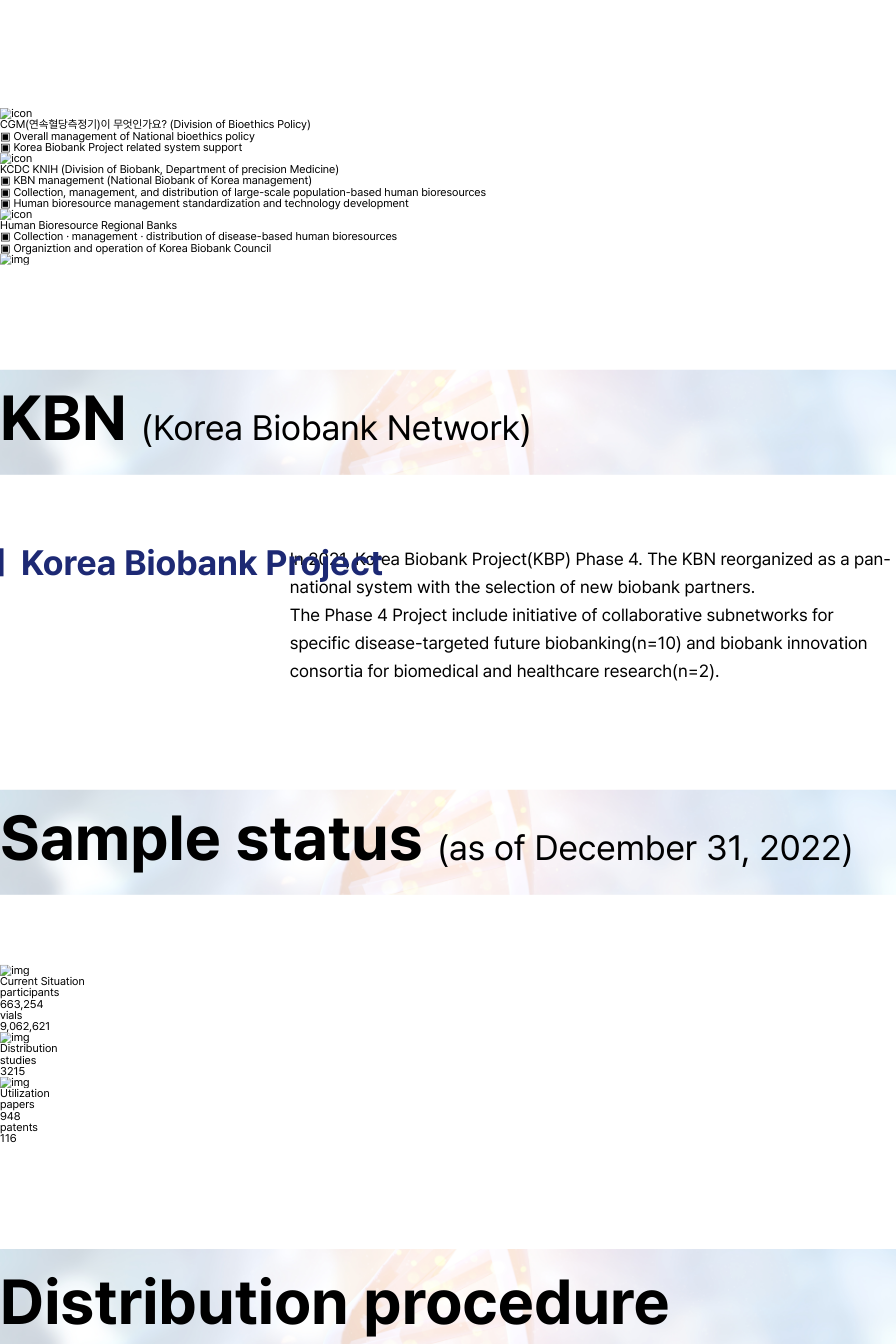
Repository: dlgywls1130/kbn_makedit
Page: index.html
The author's editor kept a copy of each file at every save. The page is drawn from the files as they stood at one save, then again after the next save.
The browser window is 1280 px wide. The pictures show the part of the page from y = 1826 to 3746 px (the page is 4791 px tall before and 4775 px after), at 70% of full size.
Some web libraries are served in a nearby version.

Above is the page before, as saved 2023-10-15 15:48:45.

### index.html
<!DOCTYPE html>
<html lang="en">
<head>
    <meta charset="UTF-8">
    <meta name="viewport" content="width=device-width, initial-scale=1.0">
    <title>KBN</title>

    <link rel="stylesheet" href="./css/reset.css">
    <link rel="stylesheet" href="./css/style.css">

    <!-- slick css -->
    <link rel="stylesheet"  type="text/css" href="./css/slick.css">

</head>
<body>

    <!-- header -->
    <header>
        <div class="header_wrapper">
            <div class="header_logo">
                <img src="./image/logo.png" alt="logo">
            </div>
            <ul class="nav_list">
                <li><a href="#about"> About us</a></li>
                <li><a href="#kbn">KBN</a></li>
                <li><a href="#sample">Sample status</a></li>
                <li><a href="#distribution">Distribution procedure</a></li>
                <li><a href="#biobanks">KBN Biobanks</a></li>
            </ul>
            <div class="header_en">
                <div class="en_icon">
                    <img src="./image/language.png" alt="icon">
                </div>
                <p>EN</p>
            </div>
        </div>

    </header>


    <!-- main banner -->
    <section>
        <div class="main_banner">
            <div class="slide_wrap">
                <div class="slide_list first-slide">
                    <div class="slide_content">
                        <h2 class="slide_title">
                            The Biggest Disease-based
                            <Br>Human Biobank Network of Korea
                        </h2>
                        <p class="slide_sub">
                            KBN, the largest biobank network in korea, collects, manages, and holds disease-based
                            <Br>human bioresources, i.e. various samples of more than 600,000 individuals.
                        </p>
                    </div>
                </div>
                <div class="slide_list second-slide">
                    <div class="slide_content">
                        <h2 class="slide_title">
                            KBN Distribution Support Center
                        </h2>
                        <p class="slide_sub">
                            The Center provides human bioresources, and clinical and epidemiological information
                            <Br> held by KBN biobanks nationwide and actively supports the distribution.

                        </p>
                    </div>
                </div>
                <div class="slide_list three-slide">

                    <div class="slide_content">
                        <h2 class="slide_title">
                            KBN Provides On-line Searching Database
                            <Br>and Operates Distribution Support Center
                        </h2>
                        <p class="slide_sub">
                            Researchers conduct KBN human bioresource search, while the distribution support
                            <Br>center provides services customized to individual users.
                        </p>
                    </div>
                </div>
            </div>
        </div>
    </section>

    <!-- about us -->
    <section id="about">
        <div class="about_wrap">
            <div class="content_width">
                <h2 class="section_title">About us</h2>
            </div>

            <div class="about-us">
                <div class="about_content">
                    <div class="content_list mb-100">
                        <div class="list_main">
                            KBN Portal
                        </div>
                        <div class="list_descript">
                            <p class="mb-50">The Korea Biobank Network’s Human Bioresource Sharing and Access Platform, established in 2019, aims
                            to expand the accessibility of the disease-based bioresources collected through KBN and develop a
                            system to collect high-quality standard clinical information, thereby establishing a distribution support
                            system tailored to researchers.</p>

                            <p>The KBN portal is the largest shared open platform for disease-based resource owned by KBN biobanks
                            involved in KDCA(Korea Disease Control and Prevention Agency) KBP(Korea Biobank Project).
                            It discloses and shares related information including disease-based resource status, systematic search,
                            efficient distribution, and utilization outcomes to researchers in order to improve the efficient utilization of
                            national disease-based resources.</p>
                        </div>
                    </div>
                    <div class="content_list">
                        <div class="list_main">
                            Structure
                        </div>
                        <div class="list_descript">
                            <p>Structure is organized by the Ministry of Health and Welfare(Division of Bioethics Policy), the KDCA Korea
                                National Institute of Health(Division of Biobank, Department of precision Medicine), KBN Biobanks.</p>
                        </div>
                    </div>
                </div>
                <div class="about_acodian">
                    <div class="acodian_list">
                        <div class="accordion-item">
                            <h3 class="title">
                                <div class="acodian_icon">
                                    <img src="" alt="icon">
                                </div>
                                <p>CGM(연속혈당측정기)이 무엇인가요?
                                    <span>(Division of Bioethics Policy)</span>
                                </p>

                            </h3>
                            <div class="paragraph">
                                <p>▣ Overall management of National bioethics policy</p>
                                <p>▣ Korea Biobank Project related system support</p>
                            </div>
                        </div>
                        <div class="accordion-item">
                            <h3 class="title">
                                <div class="acodian_icon">
                                    <img src="" alt="icon">
                                </div>
                                <p>KCDC KNIH
                                    <span>(Division of Biobank, Department of precision Medicine)</span>
                                </p>

                            </h3>
                            <div class="paragraph">
                                <p>▣ KBN management (National Biobank of Korea management)</p>
                                <p>▣ Collection, management, and distribution of large-scale population-based human bioresources </p>
                                <p>▣ Human bioresource management standardization and technology development</p>
                            </div>
                        </div>
                        <div class="accordion-item">
                            <h3 class="title">
                                <div class="acodian_icon">
                                    <img src="" alt="icon">
                                </div>
                                <p>Human Bioresource Regional Banks</p>

                            </h3>
                            <div class="paragraph">
                                <p>▣ Collection · management · distribution of disease-based human bioresources</p>
                                <p>▣ Organiztion and operation of Korea Biobank Council</p>
                            </div>
                        </div>
                    </div>
                    <div class="acodian_circle">
                        <img src="" alt="img">
                    </div>
                </div>
            </div>
        </div>

    </section>

    <!-- kbn -->

    <section id="kbn">
        <div class="kbn_wrap">
            <div class="content_width">
                <h2 class="section_title">KBN <span>(Korea Biobank Network)</span></h2>
            </div>
            <div class="kbn_content">
                <div class="content_list">
                    <div class="list_main">
                        Korea Biobank Project
                    </div>
                    <div class="list_descript">
                        <p>In 2021, Korea Biobank Project(KBP) Phase 4. The KBN reorganized as a pan-national system with the
                            selection of new biobank partners.
                            </p>

                        <p>The Phase 4 Project include initiative of collaborative subnetworks for specific disease-targeted future
                            biobanking(n=10) and biobank innovation consortia for biomedical and healthcare research(n=2).
                            </p>
                    </div>
                </div>
                <div class="kbn_guidance_wrap">

                </div>
            </div>
        </div>

    </section>

    <!-- sample -->

    <section id="sample">
        <div class="sample_wrap">
            <div class="content_width">
                <h2 class="section_title">Sample status <span>(as of December 31, 2022)</span></h2>
            </div>
            <div class="sample_content">
                <div class="sample_list">
                    <div class="sample_list_left">
                        <div class="sample_list_icon">
                            <img src="" alt="img">
                        </div>
                        <div class="sample_list_title">
                            Current Situation
                        </div>
                    </div>
                    <div class="sample_list_right">
                        <div class="right_span">
                            <span>participants</span>
                            <p>663,254</p>
                        </div>
                        <div class="right_span">
                            <span>vials</span>
                            <p>9,062,621</p>
                        </div>
                    </div>
                </div>
                <div class="sample_list">
                    <div class="sample_list_left">
                        <div class="sample_list_icon">
                            <img src="" alt="img">
                        </div>
                        <div class="sample_list_title">
                            Distribution
                        </div>
                    </div>
                    <div class="sample_list_right">
                        <div class="right_span">
                            <span>studies</span>
                            <p>3215</p>
                        </div>
                    </div>
                </div>
                <div class="sample_list">
                    <div class="sample_list_left">
                        <div class="sample_list_icon">
                            <img src="" alt="img">
                        </div>
                        <div class="sample_list_title">
                            Utilization
                        </div>
                    </div>
                    <div class="sample_list_right">
                        <div class="right_span">
                            <span>papers</span>
                            <p>948</p>
                        </div>
                        <div class="right_span">
                            <span>patents</span>
                            <p>116</p>
                        </div>
                    </div>
                </div>
            </div>
        </div>

    </section>

    <!-- Distribution  -->
    <section id="distribution">
        <div class="distribution_wrap">
            <div class="content_width">
                <h2 class="section_title white">Distribution procedure</h2>
            </div>
            <div class="distribution_about">
                <div class="content_list">
                    <div class="list_main">
                        Procedure
                    </div>
                    <div class="list_descript">
                        <p>KBN Human bioresources application procedure for distribution.</p>

                        <p>KBN distributes the collected human bioresources to researchers for domestic healthcare R&D.
                            For access to, researcher(s) residing in Korea and carrying out a research project that has obtained IRB
                            approval(or exemption) can apply for access to human bioresource distribution, and if approved by the
                            Access and Sharing Committee, the bioresources are released.
                        </p>
                    </div>
                </div>
                <div class="text_slide">

                </div>
            </div>
        </div>
    </section>

    <!-- Biobanks  -->
    <section id="biobanks">
        <div class="biobank_wrap">
            <div class="content_width">
                <h2 class="section_title">KBN Biobanks <span>- targeted diseases</span></h2>
            </div>
            <div class="biobank_content">
                <div class="biobank_tab">

                </div>

            </div>
        </div>

    </section>

    <!-- logo slide -->
    <section>
        <div class="logo_loop">

        </div>
    </section>

    <!-- footer -->
    <footer>
        <div class="footer_wrap">
            <div class="footer_left">
                <h3 class="footer_title">
                    CONTACT US
                </h3>

                <div class="footer_contain">
                    <ul>
                        <li class="footer_text">kbnysvc@gmail.com</li>
                        <li class="footer_phone">+82 -31-546-2715</li>
                        <li class="footer_text">Monday-Friday 8:30am ~ 5:30pm</li>
                        <li class="footer_text">(Saturday and Sunday, Holidays : ClOSED)</li>
                    </ul>
                    <ul>
                        <li><img src="" alt="icon"></li>
                        <li><img src="" alt="icon"></li>
                    </ul>
                </div>

                <p>Yongin Severance Hospital 363, Dongbaekjukjeon-daero, Giheung-gu, Yongin-si, Gyeonggi-do 16995, Republic of Korea</p>
            </div>

            <div class="footer_right">
                <div class="right_top">
                    <h3 class="footer_title">
                        SOCIAL LINKS
                    </h3>
                    <div class="footer_sns">
                        <a href="" class="link_sns">
                            <img src="" alt="sns">
                        </a>
                        <a href="" class="link_sns">
                            <img src="" alt="sns">
                        </a>
                        <a href="" class="link_sns">
                            <img src="" alt="sns">
                        </a>

                    </div>
                </div>
                <div class="right_bottom">
                    <h3 class="footer_title">
                        RELATED SITE
                    </h3>
                    <div class="link_site">
                        <a href="" class="site_link">
                            <img src="" alt="link">
                        </a>
                        <a href="" class="site_link">
                            <img src="" alt="link">
                        </a>

                    </div>
                </div>

            </div>
        </div>
        <div class="footer_copy">
            <p>YONSEI UNIVERSITY, YONGIN SEVERANCE HOSPITAL. ALL RIGHTS RESERVED </p>
            <div class="copy_right">
                <p>Personal information processing policy</p>
                <p>Terms and Conditions</p>
            </div>
        </div>
    </footer>


    <script type="text/javascript" src="//code.jquery.com/jquery-1.11.0.min.js"></script>
    <script src="./js/slick.min.js"></script>
    <script src="./js/main.js"></script>
</body>
</html>

### css/style.css
:root{
    --main-text:#1D2974;
    --black-text:#000;
}


/* common */

body{
    font-family: 'pretendard',sans-serif ;
}

/* font */
@font-face {
    font-family: pretendard;
    src: url('/font/Pretendard-Regular.woff2') format('woff2'),
    url('/font/Pretendard-Regular.woff') format('woff'),
    url('/font/Pretendard-Regular.ttf') format('ttf'),
    url('/font/Pretendard-Regular.otf') format('otf');
    font-weight: 400;
}

@font-face {
    font-family: pretendard;
    src: url('/font/Pretendard-Medium.woff2') format('woff2'),
    url('/font/Pretendard-Medium.woff') format('woff'),
    url('/font/Pretendard-Medium.ttf') format('ttf'),
    url('/font/Pretendard-Medium.otf') format('otf');
    font-weight: 500;
}

@font-face {
    font-family: pretendard;
    src: url('/font/Pretendard-Bold.woff2') format('woff2'),
    url('/font/Pretendard-Bold.woff') format('woff'),
    url('/font/Pretendard-Bold.ttf') format('ttf'),
    url('/font/Pretendard-Bold.otf') format('otf');
    font-weight: 700;
}


section{margin-bottom:150px;}

.section_title{
    font-size: 90px;
    font-weight: 700;
    line-height:40px;
    max-width: 1680px;
    width: 100%;
    margin: 0 auto;
}

.section_title span{
    font-weight: 300;
    font-size: 50px;
}

.content_width{
    width: 100%;
    height: 150px;
    background:url('/image/title_back.jpg');
    background-repeat: no-repeat;
    background-size:cover;
    margin-bottom: 100px;
    display: flex;
    align-items: center;
}

.content_list {
    display: flex;
    align-items: flex-start;
    justify-content: space-between;
}

.content_list .list_main{
    position: relative;
    width: 30%;
    font-size: 50px;
    font-weight: 700;
    color: var(--main-text);
    white-space: nowrap;
    padding-left: 30px;
}

.content_list .list_main::before{
    position: absolute;
    content: '';
    left: 0;
    top: 50%;
    transform: translate(0,-50%);
    height: 40px;
    width: 5px;
    background: var(--main-text);
}

.content_list .list_descript{
    width: 70%;
}

.content_list .list_descript p{
    font-size: 25px;
    font-weight: 300;
    line-height: 40px;
}


/* common margin */

.mb-50{margin-bottom: 50px;}
.mb-100{margin-bottom: 100px;}


/* header */

header{
    position: fixed;
    top: 0;
    left: 0;
    background: #fff;
    width: 100%;
    height: 138px;
    padding: 28px 0;
    box-sizing: border-box;
    z-index: 9;
}

.header_wrapper{
    max-width: 1680px;
    width: 100%;
    margin: 0 auto;
    display: flex;
    align-items: center;
    justify-content: space-between;
}

.header_logo{
    width: 250px;
    height: 80px;
}

.header_logo img{
    width: 100%;
    height: 100%;
    object-fit: contain;
}

.header_wrapper .nav_list{
    display: flex;
}

.header_wrapper .nav_list li{
    padding: 0 50px;
}

.header_wrapper .nav_list li a{
    font-size: 25px;
    font-weight: 500;
    line-height: 0.03em;
    text-decoration: none;
    color:var(--black-text);
}

.header_en{display: flex; align-items: center;}

.header_en .en_icon{
    width: 24px;
    height: 24px;
}

.header_en .en_icon img{
    width: 100%;
    height: 100%;
    object-fit: contain;
}

.header_en p{
    margin-left: 8px;
    font-size: 20px;
    font-weight: 700;
}

/* main_banner */

.slide_wrap .slide_list{
    width: 100%;
    height: 100vh;
    position: relative;
}

.slide_wrap .slide_list.first-slide{
    background: url('/image/main_slide1.jpg');
    background-repeat: no-repeat;
    background-position: right center;
    background-size: cover;
}

.slide_wrap .slide_list.second-slide{
    background: url('/image/main_slide2.jpg');
    background-repeat: no-repeat;
    background-position: center center;
    background-size: cover;
}

.slide_wrap .slide_list.three-slide{
    background: url('/image/main_slide3.jpg');
    background-repeat: no-repeat;
    background-position: left center;
    background-size: cover;
}

.slide_content{
width: 100%;
position: absolute;
right: 8%;
top: 40%;
transform: translate(0,-50%);
}

.slide_content .slide_title{
    font-size: 60px;
    font-weight: 700;
    color: #fff;
    letter-spacing: 0.07em;
    text-align: right;
}

.slide_content .slide_sub{
    font-size: 25px;
    font-weight: 400;
    color: #fff;
    letter-spacing: 0.04em;
    text-align: right;
    margin-top: 40px;
}

.slick-dots{
    display: flex!important;
    align-items: center;
    position: absolute;
    top: 65%;
    right: 8%;
    column-gap: 30px;
}

.slick-dots button {
    color: rgba(2255,255,255,0.45);
    background:none;
    border-bottom:5px solid rgba(255,255,255,0.45);
    font-size: 25px;
    font-weight: 700;
    padding-bottom: 15px;
    border-top: none;
    border-left: none;
    border-right: none;
    box-shadow: none;
    outline: none;
}

.slick-dots button:hover,
.slick-dots .slick-active button {
    border-bottom:5px solid rgba(255,255,255,1);
    color: rgba(255,255,255,1);
}

.slick-arrow{
position: absolute;
top: 55%;

}

.slick-next{
    right: 8%;
    transform: rotate(45deg);
}

.slick-prev{
    right: 10%;
    z-index: 1;
    transform: rotate(225deg);
}

.arrow{
    width: 30px; /* 사이즈 */
    height: 30px; /* 사이즈 */
    border-top: 8px solid #fff; /* 선 두께 */
    border-right: 8px solid #fff; /* 선 두께 */
}


/* about us */
.about-us{
    max-width: 1680px;
    margin: 0 auto;
}

.about_content{
    margin-bottom: 150px;
}

### js/main.js
// main banner

$('.slide_wrap').slick({
    slidesToShow: 1,
    arrows: true,
    dots:true,
    autoplay: true,
  autoplaySpeed: 2000,
  infinite: true,
  prevArrow: '<div class="arrow slick-prev"></div>',
    nextArrow: '<div class="arrow slick-next"></div>',
  customPaging: function(slider, i) {
    var titles = ['Biobank', 'Support Center', 'On-line Searching'];
    return '<button>' + titles[i] + '</button>';
}
  });

Loaded but not shown: css/reset.css (common file); css/slick.css (common file); js/slick.min.js (library)

After the next save:
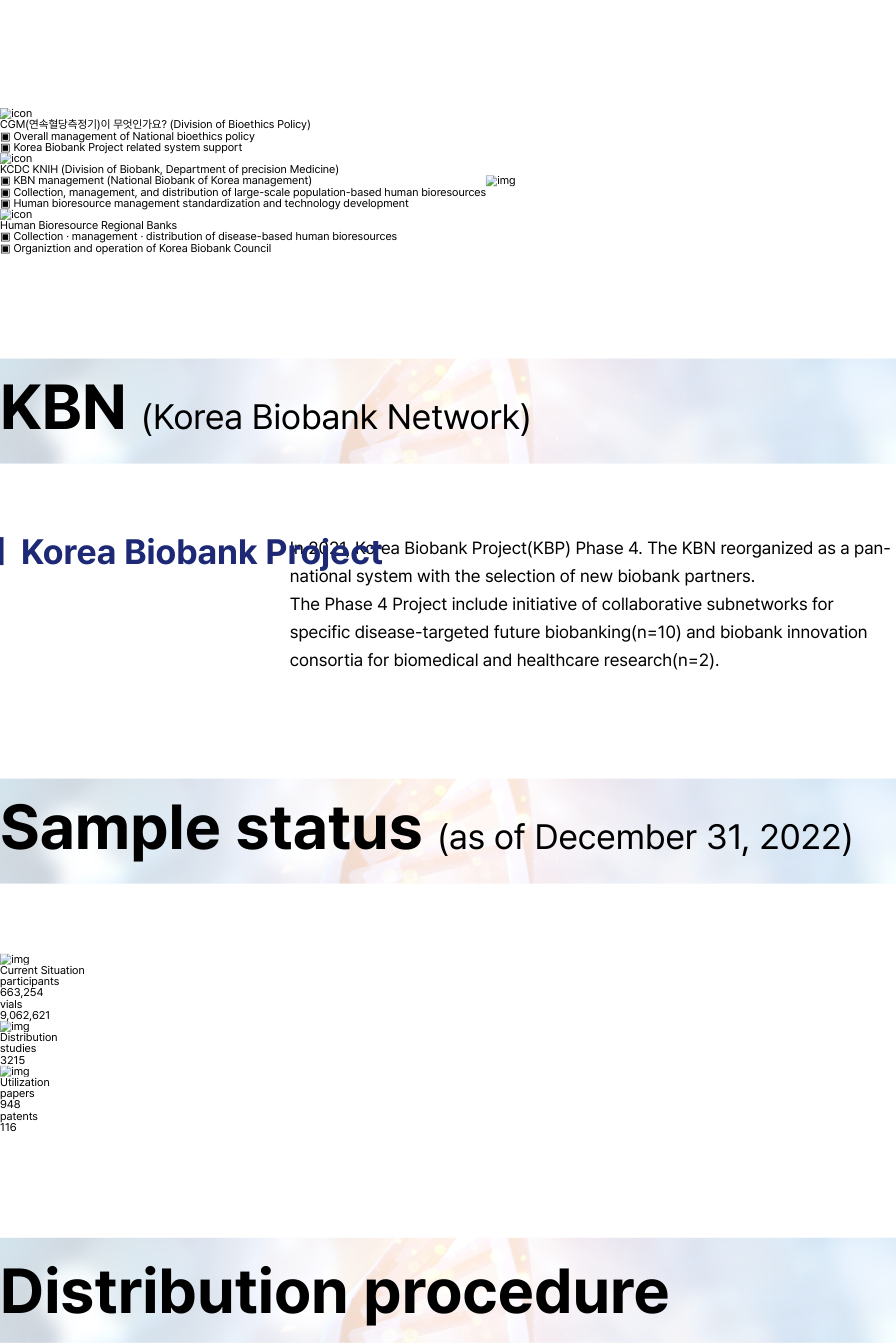
Saved 19 min 25 s later.
--- a/css/style.css
+++ b/css/style.css
@@ -296,3 +296,8 @@
 .about_content{
     margin-bottom: 150px;
 }
+
+.about_acodian{
+    display: flex;
+    align-items: center;
+}
